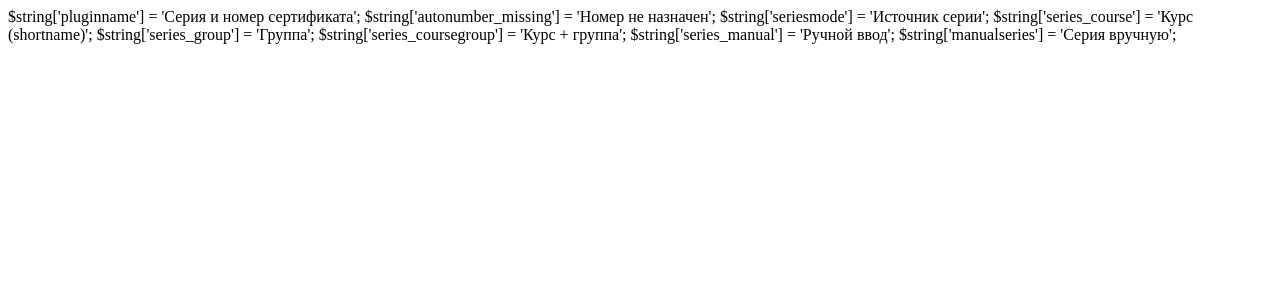
Repository: pavel-pasechnik/certificateelement_autonumber
Page: http://localhost/lang/uk/tool_certificateelement_autonumber.php
An editor plug-in stored every save of this project. The page is shown before and after the next save, followed by the edit.
The browser window is 1280 px wide. The pictures show the whole page.
The page is run by PHP 8.4 with error messages shown; the project is at /var/www/html/.

Above is the page before, as saved 2025-10-25 13:07:39.

### lang/uk/tool_certificateelement_autonumber.php
$string['pluginname'] = 'Серия и номер сертификата';
$string['autonumber_missing'] = 'Номер не назначен';
$string['seriesmode'] = 'Источник серии';
$string['series_course'] = 'Курс (shortname)';
$string['series_group'] = 'Группа';
$string['series_coursegroup'] = 'Курс + группа';
$string['series_manual'] = 'Ручной ввод';
$string['manualseries'] = 'Серия вручную';

After the next save:
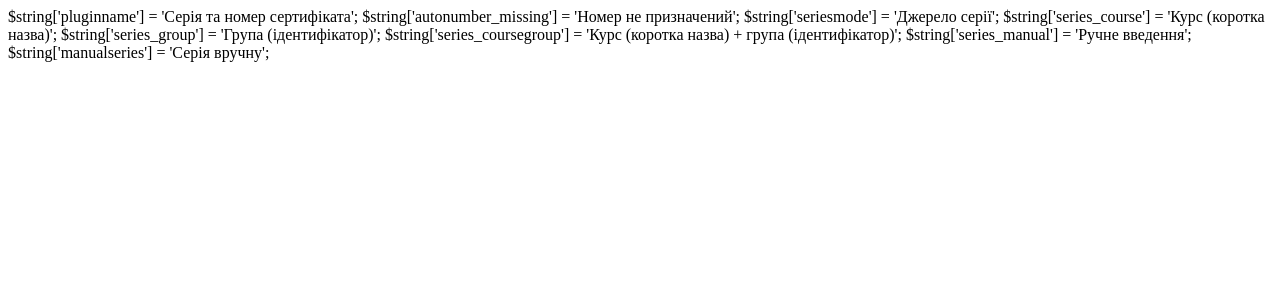
Saved 43 min 32 s later.
--- a/lang/uk/tool_certificateelement_autonumber.php
+++ b/lang/uk/tool_certificateelement_autonumber.php
@@ -1,8 +1,8 @@
-$string['pluginname'] = 'Серия и номер сертификата';
-$string['autonumber_missing'] = 'Номер не назначен';
-$string['seriesmode'] = 'Источник серии';
-$string['series_course'] = 'Курс (shortname)';
-$string['series_group'] = 'Группа';
-$string['series_coursegroup'] = 'Курс + группа';
-$string['series_manual'] = 'Ручной ввод';
-$string['manualseries'] = 'Серия вручную';
+$string['pluginname'] = 'Серія та номер сертифіката';
+$string['autonumber_missing'] = 'Номер не призначений';
+$string['seriesmode'] = 'Джерело серії';
+$string['series_course'] = 'Курс (коротка назва)';
+$string['series_group'] = 'Група (ідентифікатор)';
+$string['series_coursegroup'] = 'Курс (коротка назва) + група (ідентифікатор)';
+$string['series_manual'] = 'Ручне введення';
+$string['manualseries'] = 'Серія вручну';
